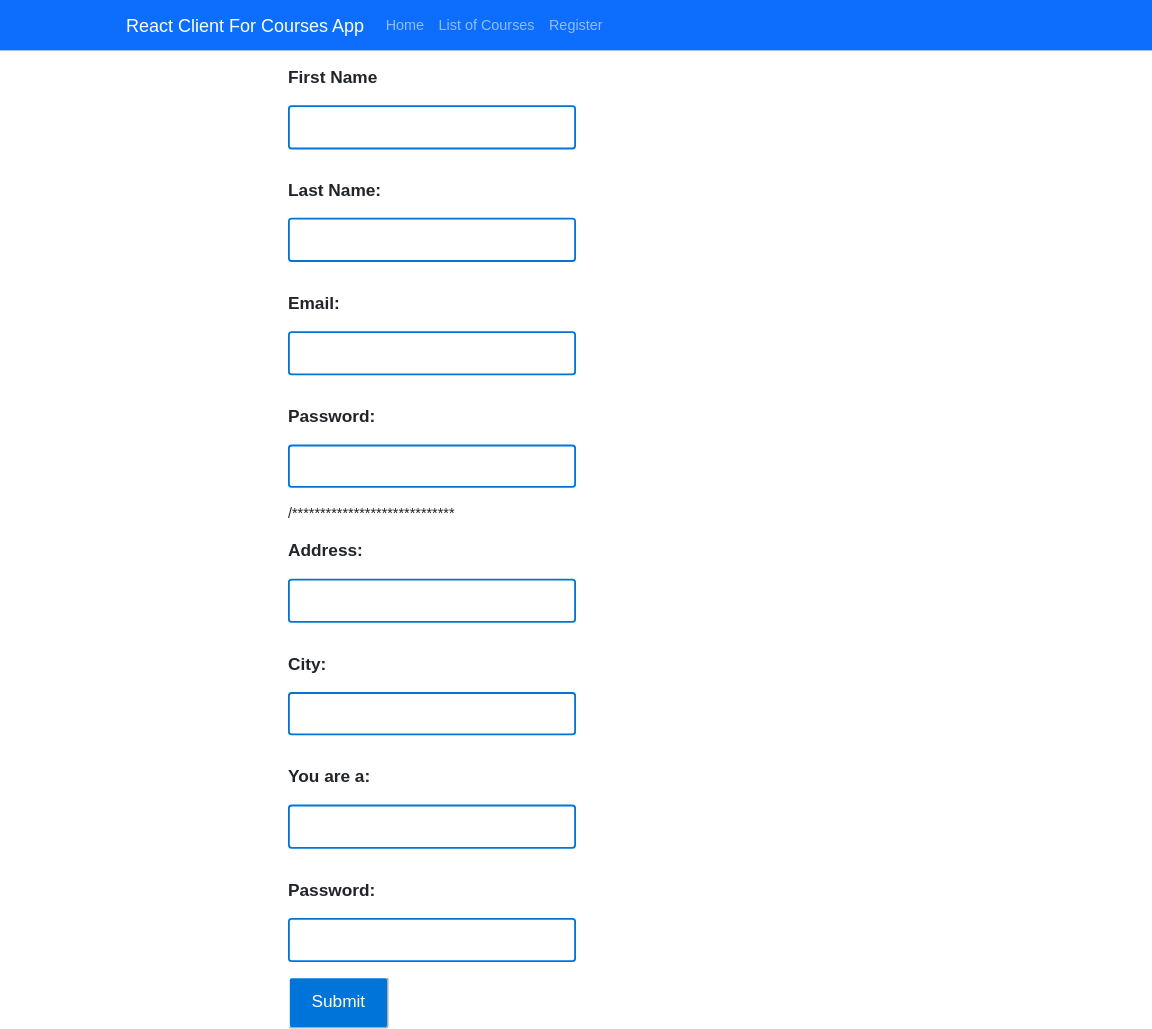
Repository: jmmunoz14/EmergingTech-GroupProject
Page: /register (app in frontend/)
An editor plug-in stored every save of this project. The page is shown before and after the next save, followed by the edit.
The browser window is 1280 px wide. The pictures show the whole page, at 90% of full size.
The project was rebuilt for these pictures with package versions that can differ from the ones it lists, and the page was loaded fresh each time. Also part of the build but not shown: frontend/src/components/Home.js, frontend/src/components/CourseList.js, frontend/src/components/NewCourseForm.js, frontend/src/components/EditCourse.js.

Above is the page before, as saved 2023-04-19 00:45:57.

### frontend/src/App.js
import React from 'react'
import {
  BrowserRouter as Router,
  Route,
  Link,
  Redirect,
  Routes,
} from 'react-router-dom'
//
// This app requires react-bootstrap and bootstrap installed:
//    npm install react-bootstrap bootstrap
//
import 'bootstrap/dist/css/bootstrap.min.css'
import Navbar from 'react-bootstrap/Navbar'
import Nav from 'react-bootstrap/Nav'
import Container from 'react-bootstrap/Container'
import './App.css'

import { ApolloProvider } from '@apollo/client'
import client from './apollo/client'

import Home from './components/Home'
import CourseList from './components/CourseList'
import NewCourseForm from './components/NewCourseForm'
import EditCourse from './components/EditCourse'
import Register from './components/Register'
//
function App() {
  return (
    <ApolloProvider client={client}>
      <Router>
        <Navbar bg="primary" variant="dark" expand="lg">
          <Container>
            <Navbar.Brand href="#home">
              React Client For Courses App
            </Navbar.Brand>
            <Navbar.Toggle aria-controls="basic-navbar-nav" />
            <Navbar.Collapse id="basic-navbar-nav">
              <Nav className="mr-auto">
                <Nav.Link as={Link} to="/home">
                  Home
                </Nav.Link>
                <Nav.Link as={Link} to="/courseslist">
                  List of Courses
                </Nav.Link>
                <Nav.Link as={Link} to="/register">
                  Register
                </Nav.Link>
              </Nav>
            </Navbar.Collapse>
          </Container>
        </Navbar>

        <div>
          <Routes>
            <Route index element={<Home />} />
            <Route path="home" element={<Home />} />
            <Route path="register" element={<Register />} />
            <Route path="courseslist" element={<CourseList />} />
            <Route path="course/:id" element={<EditCourse />} />
            <Route path="addcourse" element={<NewCourseForm />} />
          </Routes>
        </div>
      </Router>
    </ApolloProvider>
  )
}
//<Route render ={()=> < App />} path="/" />
export default App

### frontend/src/App.css
.App {
  text-align: center;
}

.App-logo {
  height: 40vmin;
  pointer-events: none;
}

@media (prefers-reduced-motion: no-preference) {
  .App-logo {
    animation: App-logo-spin infinite 20s linear;
  }
}

.App-header {
  background-color: #282c34;
  min-height: 100vh;
  display: flex;
  flex-direction: column;
  align-items: center;
  justify-content: center;
  font-size: calc(10px + 2vmin);
  color: white;
}

.App-link {
  color: #61dafb;
}

@keyframes App-logo-spin {
  from {
    transform: rotate(0deg);
  }
  to {
    transform: rotate(360deg);
  }
}

.container {
  margin: 0 auto;
  width: 80%;
  text-align: center;
  font-family: Arial, sans-serif;
}

.heading {
  font-size: 2rem;
  margin-bottom: 1rem;
}

.add-btn {
  margin-bottom: 2rem;
}

.search {
  display: inline-block;
  padding: 0.8rem 1.5rem;
  background-color: #0074D9;
  color: #fff;
  text-decoration: none;
  border-radius: 4px;
}

.search:hover {
  background-color: #0059B3;
  color: #fff;

}

.course-list {
  list-style-type: none;
  padding: 0;
  margin: 0;
}

.course-item {
  margin-bottom: 1rem;
  font-size: 1.2rem;
}

.link {
  color: #0074D9;
  text-decoration: none;
}

.link:hover {
  text-decoration: underline;
}

.add-form {
  display: flex;
  flex-direction: column;
  align-items: center;
  justify-content: center;
  width: 50%;
  margin: 0 auto;
  font-family: Arial, sans-serif;
  align-items: flex-start;
}


.form-label {
  margin: 1rem 0;
  font-size: 1.2rem;
  font-weight: bold;
}

.input-container{
  width: 50%;
}

.form-input {
  width: 100%;
  padding: 0.5rem;
  margin-bottom: 1rem;
  font-size: 1.2rem;
  border: 2px solid #0074D9;
  border-radius: 4px;
}

.form-input:focus {
  outline: none;
  border-color: #000000;
}

.form-button {
  display: inline-block;
  padding: 0.8rem 1.5rem;
  background-color: #0074D9;
  color: #fff;
  font-size: 1.2rem;
  text-align: center;
  text-decoration: none;
  border-radius: 4px;
  cursor: pointer;
  border-color: #ffffff;

}

.form-button:hover {
  background-color: #0059B3;
}

.delete-button {
  display: inline-block;
  padding: 0.8rem 1.5rem;
  background-color: #d93300;
  color: #fff;
  font-size: 1.2rem;
  text-align: center;
  text-decoration: none;
  border-radius: 4px;
  cursor: pointer;
  border-color: #ffffff;

}

.delete-button:hover {
  background-color: #a72701;
}

.form-error {
  color: red;
  margin-top: 1rem;
  font-size: 1.2rem;
}

### frontend/src/apollo/client.js
import { ApolloClient, InMemoryCache } from '@apollo/client'

const client = new ApolloClient({
  uri: 'http://localhost:5000/courses',
  cache: new InMemoryCache(),
})

export default client

### frontend/src/components/Register.js
import React, { useState } from 'react'
import { useMutation } from '@apollo/client'
import { useNavigate } from 'react-router-dom'

import { registration } from '../queries/queries'

const Register = () => {
  const history = useNavigate()

  const [firstName, setFirstName] = useState('')
  const [lastName, setLastName] = useState('')
  const [email, setEmail] = useState('')
  const [password, setPassword] = useState('')
  const [address, setAddress] = useState('')
  const [city, setCity] = useState('')
  const [phone, setPhone] = useState('')
  const [usertype, setUsertype] = useState('')


  const [register, { loading, error }] = useMutation(registration, {onCompleted() {
      history('/courseslist')
    },
  })

  const handleSubmit = (event) => {
    event.preventDefault()
    register({
      variables: {
        firstName,
        lastName,
        email,
        password,
        address,
        city,
        phone,
        usertype,
      },
    })
    setFirstName('')
    setLastName('')
    setEmail('')
    setPassword('')
    setAddress('')
    setCity('')
    setPhone('')
    setUsertype('')
  }

  return (
    <form className="add-form" onSubmit={handleSubmit}>
      <div className="input-container">
        <label className="form-label" htmlFor="firstName">
          First Name
        </label>
        <input
          className="form-input"
          type="text"
          id="firstName"
          value={firstName}
          onChange={(e) => setFirstName(e.target.value)}
        />
      </div>
      <div className="input-container">
        <label className="form-label" htmlFor="lastName">
          Last Name:
        </label>
        <input
          className="form-input"
          type="text"
          id="lastName"
          value={lastName}
          onChange={(e) => setLastName(e.target.value)}
        />
      </div>
      <div className="input-container">
        <label className="form-label" htmlFor="email">
          Email:
        </label>
        <input
          className="form-input"
          type="text"
          id="email"
          value={email}
          onChange={(e) => setEmail(e.target.value)}
        />
      </div>
      <div className="input-container">
        <label className="form-label" htmlFor="password">
          Password:
        </label>
        <input
          className="form-input"
          type="text"
          id="password"
          value={password}
          onChange={(e) => setPassword(e.target.value)}
        />
      </div>
      /*****************************
      <div className="input-container">
        <label className="form-label" htmlFor="address">
          Address:
        </label>
        <input
          className="form-input"
          type="text"
          id="address"
          value={address}
          onChange={(e) => setAddress(e.target.value)}
        />
      </div>
      <div className="input-container">
        <label className="form-label" htmlFor="city">
          City:
        </label>
        <input
          className="form-input"
          type="text"
          id="city"
          value={city}
          onChange={(e) => setCity(e.target.value)}
        />
      </div>
      <div className="input-container">
        <label className="form-label" htmlFor="usertype">
          You are a:
        </label>
        <input
          className="form-input"
          type="text"
          id="usertype"
          value={usertype}
          onChange={(e) => setUsertype(e.target.value)}
        />
      </div>
      <div className="input-container">
        <label className="form-label" htmlFor="password">
          Password:
        </label>
        <input
          className="form-input"
          type="text"
          id="password"
          value={password}
          onChange={(e) => setPassword(e.target.value)}
        />
      </div>


      <button className="form-button" type="submit" disabled={loading}>
        Submit
      </button>
      {error && <p>Error adding course: {error.message}</p>}
    </form>
  )
}

export default Register

### frontend/src/queries/queries.js
import { gql } from '@apollo/client'

export const registration = gql`
  mutation registration(
    $email: String!,
    $password: String!,
    $firstName: String!,
    $lastName: String!,
    $address: String!,
    $city: String!,
    $phone: String!,
    $usertype:String!) {
      registration(
        userInput:{
          email: $email,
          password: $password,
          firstName:$firstName,
          lastName:$lastName,
          address:$address,
          city:$city,
          phone:$phone,
          usertype:$usertype
        })
        {
      token
      userId
      usertype
    }
  }
`;

export const GET_COURSES = gql`
  query GetCourses {
    courses {
      _id
      courseCode
      courseName
      section
      semester
    }
  }
`
export const DELETE_COURSE = gql`
  mutation($_id: String!) {
    deleteCourse(_id: $_id) {
      _id
      courseCode
      courseName
      section
      semester
    }
  }
`

export const ADD_COURSE = gql`
  mutation AddCourse(
    $courseCode: String!
    $courseName: String!
    $section: String!
    $semester: String!
  ) {
    addCourse(
      courseCode: $courseCode
      courseName: $courseName
      section: $section
      semester: $semester
    ) {
      _id
      courseCode
      courseName
      section
      semester
    }
  }
`

export const GET_COURSE = gql`
  query GetCourse($_id: String!) {
    course(_id: $_id) {
      _id
      courseCode
      courseName
      section
      semester
    }
  }
`

export const EDIT_COURSE = gql`
  mutation EditCourse(
    $_id: String!
    $courseCode: String!
    $courseName: String!
    $section: String!
    $semester: String!
  ) {
    editCourse(
      _id: $_id
      courseCode: $courseCode
      courseName: $courseName
      section: $section
      semester: $semester
    ) {
      _id
      courseCode
      courseName
      section
      semester
    }
  }
`

Loaded but not shown: frontend/public/index.html (common file); frontend/src/index.js (common file); frontend/src/index.css (common file); frontend/src/reportWebVitals.js (common file)

After the next save:
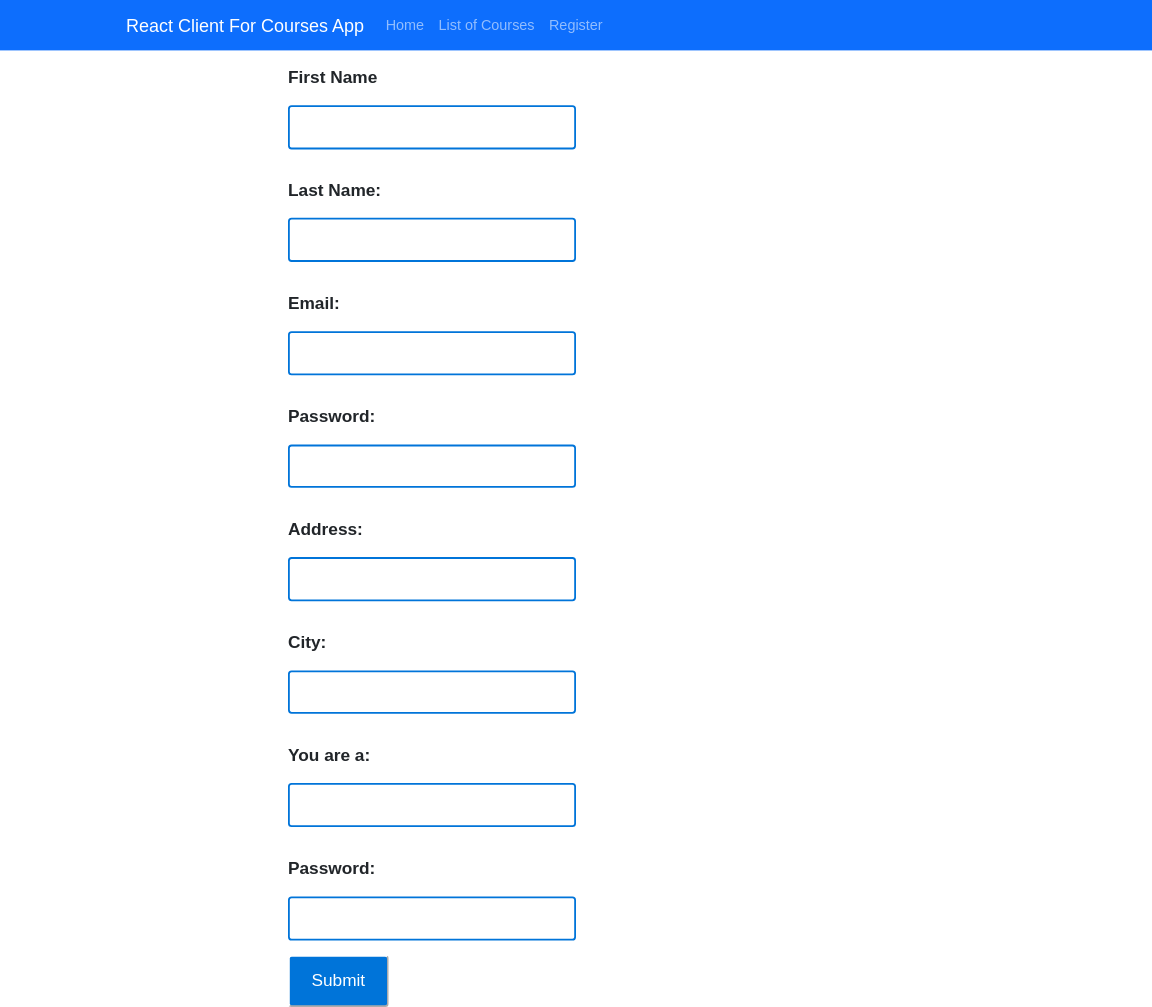
Saved 9 s later.
--- a/frontend/src/components/Register.js
+++ b/frontend/src/components/Register.js
@@ -96,7 +96,6 @@ const Register = () => {
           onChange={(e) => setPassword(e.target.value)}
         />
       </div>
-      /*****************************
       <div className="input-container">
         <label className="form-label" htmlFor="address">
           Address:
